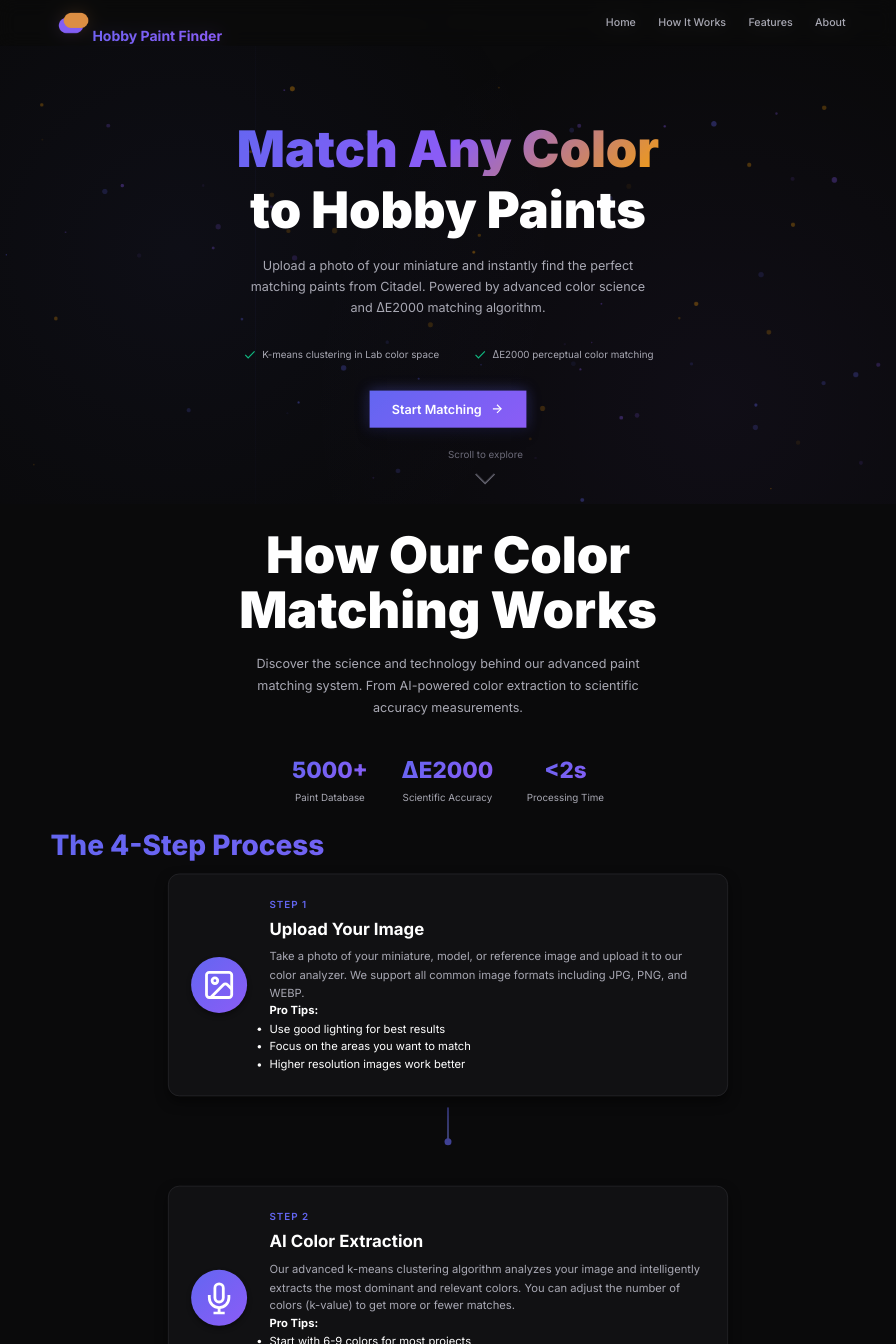
Repository: Aldentec/paint-finder-website
Page: /
An editor plug-in stored every save of this project. The page is shown before and after the next save, followed by the edit.
The browser window is 1280 px wide. The pictures show the part of the page from y = 0 to 1920 px (the page is 6977 px tall before and 2211 px after), at 70% of full size.
The page's requests for data from a server got no answer. The project was rebuilt for these pictures with package versions that can differ from the ones it lists, and the page was loaded fresh each time. No one was signed in, and anything a server would have sent is missing. Also part of the build but not shown: src/components/PaletteDisplay/PaletteDisplay.css, src/components/PaletteDisplay/PaletteDisplay.js, src/components/MatchResults/MatchResults.css, src/components/MatchResults/MatchResults.js, src/components/ShoppingList/ShoppingList.css, src/components/ShoppingList/ShoppingList.js.

Above is the page before, as saved 2025-09-01 14:56:15.

After the next save:
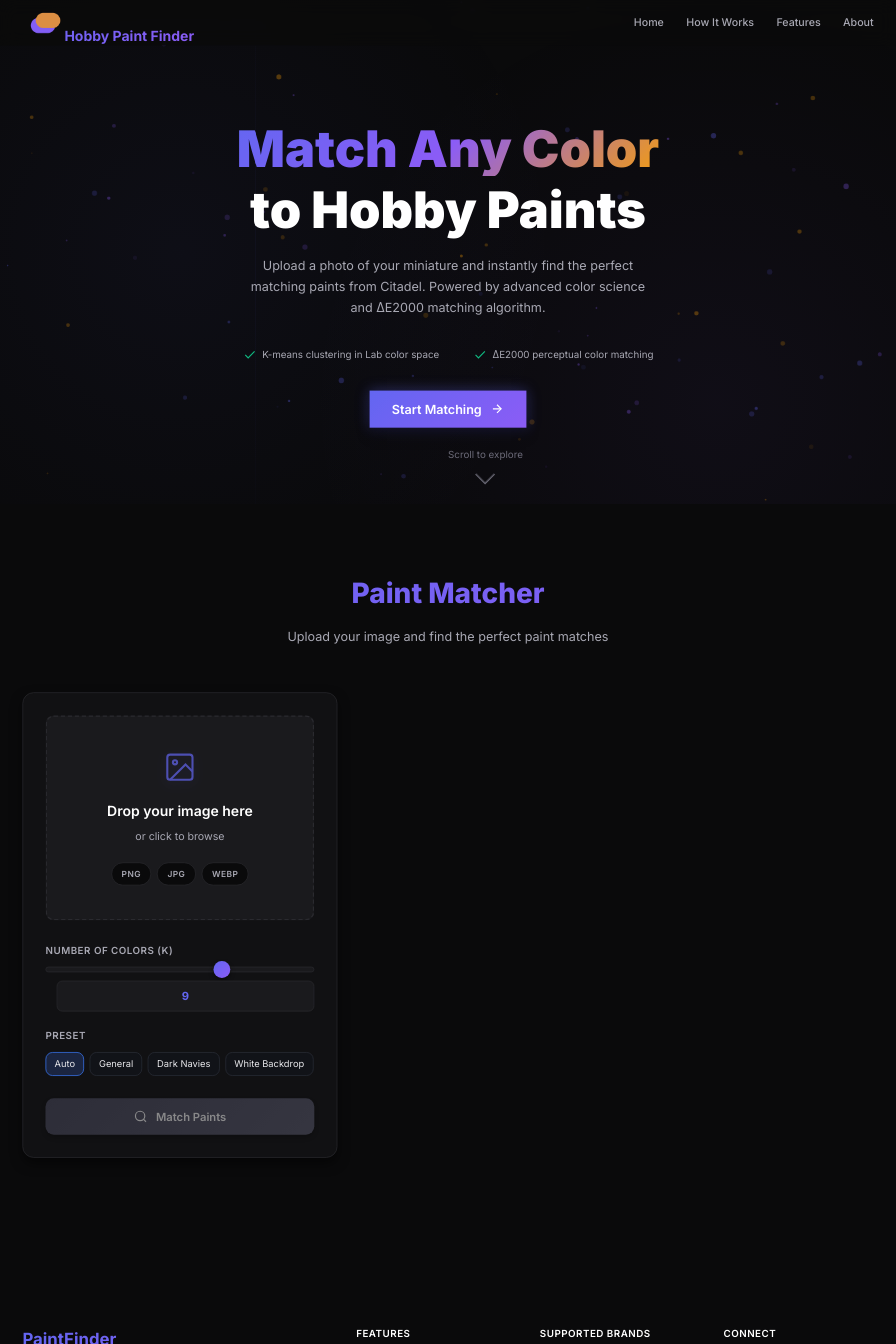
Saved 5 s later.
--- a/src/App.js
+++ b/src/App.js
@@ -3,7 +3,6 @@
 import './App.css';
 import Header from './components/Header/Header';
 import Hero from './components/Hero/Hero';
-import HowItWorks from './components/HowItWorks/HowItWorks';
 import PaintMatcher from './components/PaintMatcher/PaintMatcher';
 import Footer from './components/Footer/Footer';
 
@@ -12,7 +11,6 @@
     <div className="app">
       <Header />
       <Hero />
-      <HowItWorks />
       <PaintMatcher />
       <Footer />
     </div>
